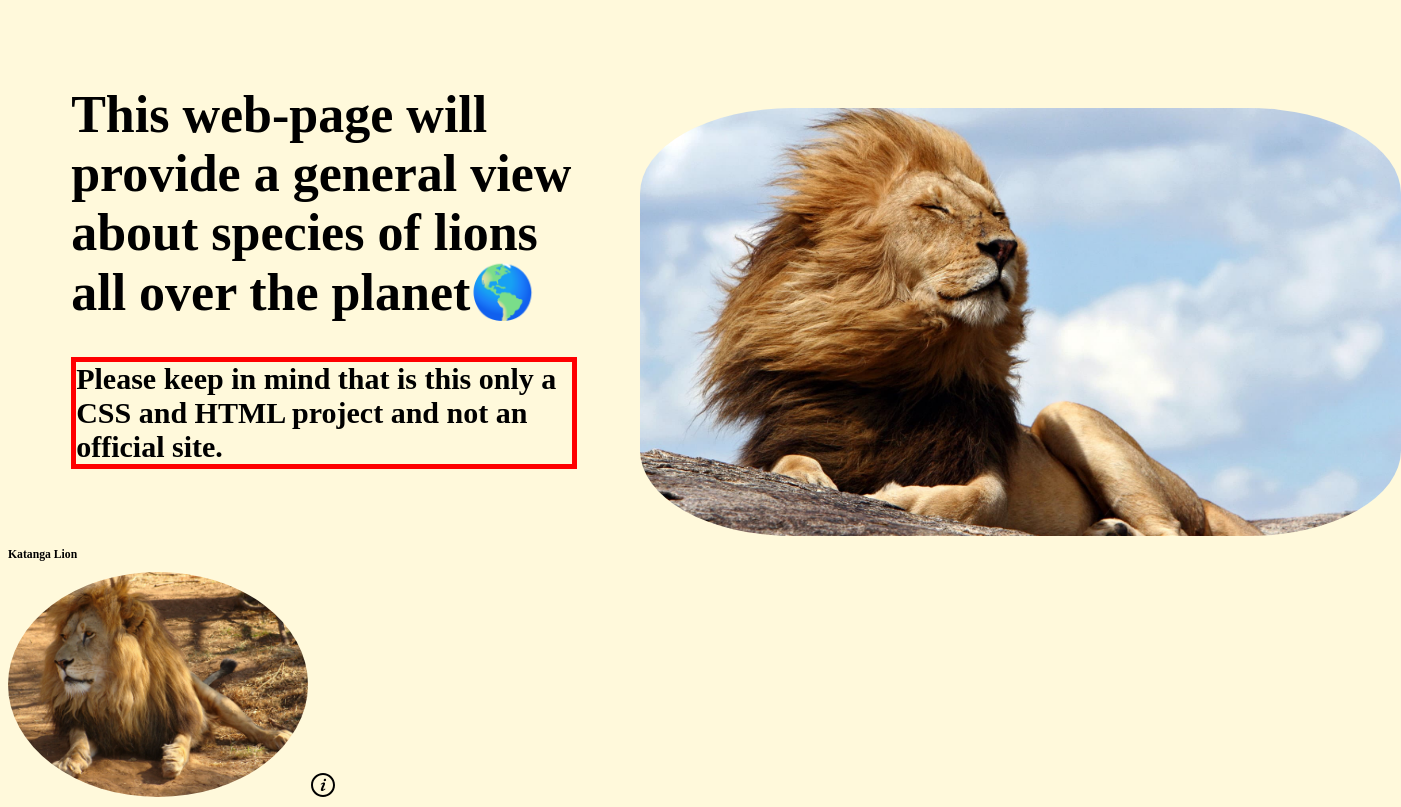
Repository: GeorgeManias/lions_project
Page: index.html
The author's editor kept a copy of each file at every save. The page is drawn from the files as they stood at one save, then again after the next save.
The browser window is 1280 px wide. The page is 1401 px wide, so the pictures cover 1401 px, including what lies to the right of the window. The pictures show the whole page.

Above is the page before, as saved 2021-11-03 19:49:36.

After the next save:
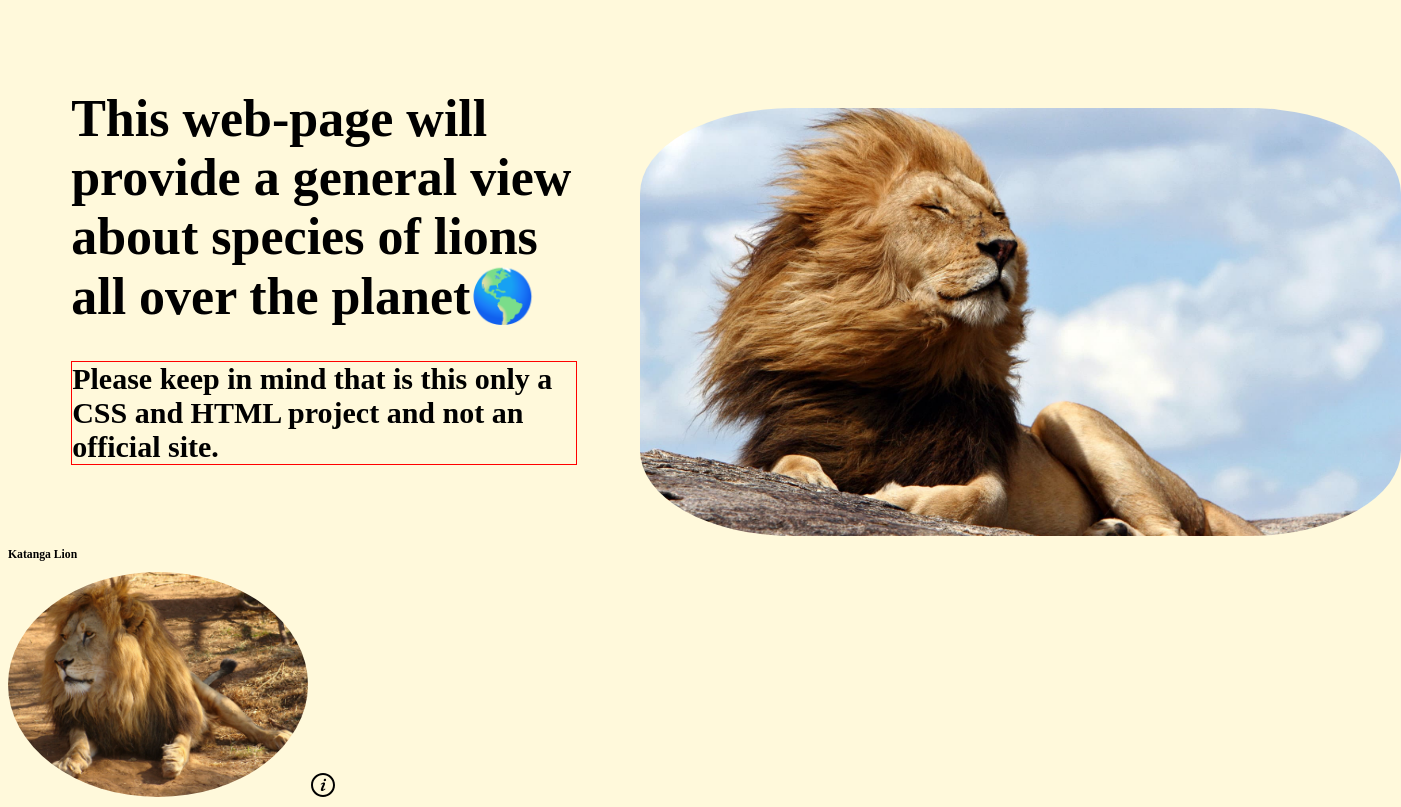
Saved 13 s later.
--- a/index.css
+++ b/index.css
@@ -76,7 +76,7 @@ header {
 
 .project_header {
   font-size: 3rem;
-  border: 5px solid red;
+  border: 0.1rem solid red;
 }
 
 .headers_and_mainphoto {
